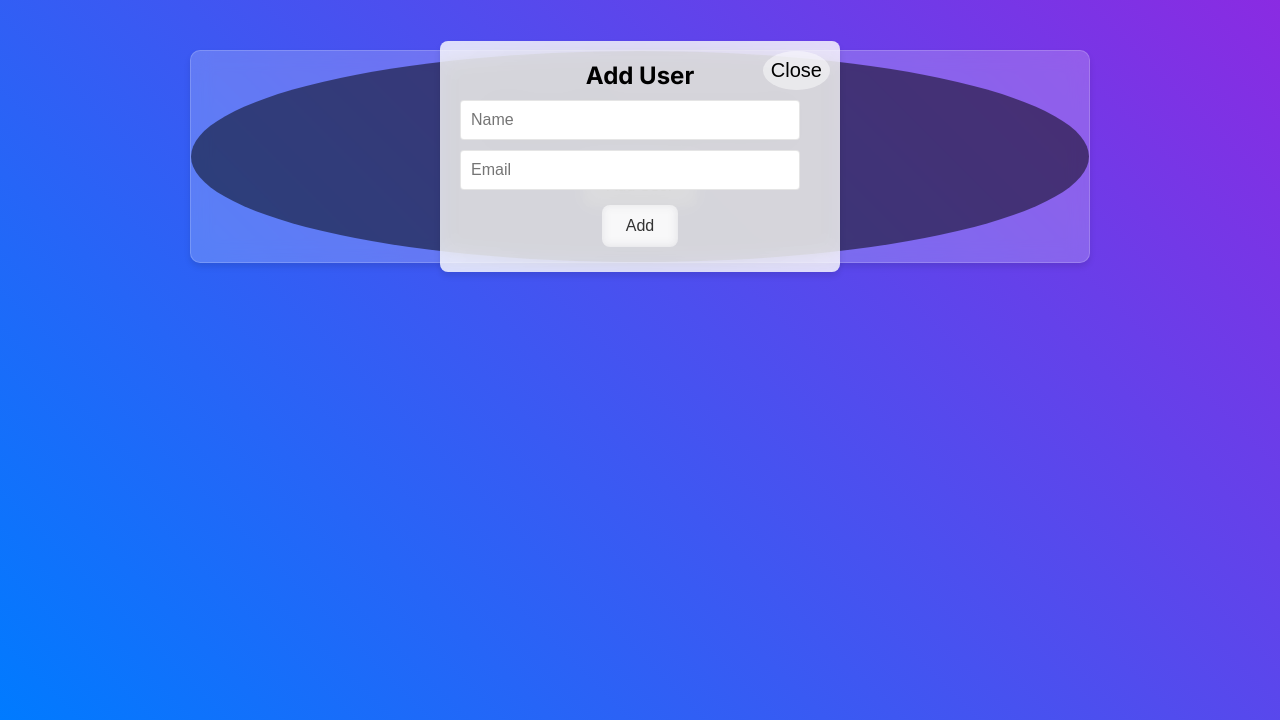
Repository: EeeeeEyyyy/crud-proj
Page: /, after clicking the first element matching `button.glassButton`
An editor plug-in stored every save of this project. The page is shown before and after the next save, followed by the edit.
The browser window is 1280 px wide. The pictures show the whole page.
The page's requests for data from a server got no answer. The project was rebuilt for these pictures with package versions that can differ from the ones it lists, and the page was loaded fresh each time. The framework's server and built-in components were replaced by stand-ins that run in the browser. No one was signed in, and anything a server would have sent is missing. Also part of the build but not shown: next.config.mjs.

Above is the page before, as saved 2024-06-24 15:08:06.

After the next save:
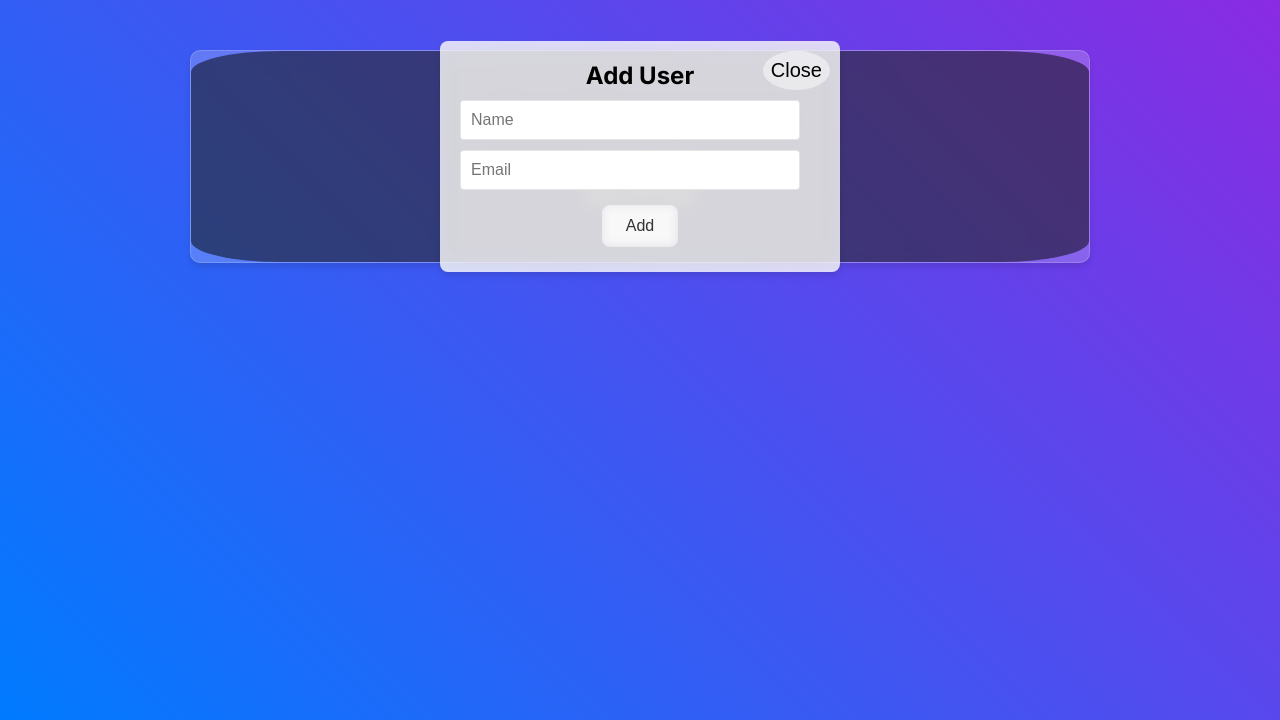
Saved 21 s later.
--- a/src/app/globals.css
+++ b/src/app/globals.css
@@ -340,7 +340,7 @@ h1 { font-size: 2em; margin-bottom: 20px; color: #333; }
 .glassButton:hover { background: rgba(255, 255, 255, 0.3); transform: scale(1.05); }
 .modalOverlay { position: fixed; top: 0; left: 0; right: 0; bottom: 0; background-color: rgba(0, 0, 0, 0.5); display: flex; justify-content: center; align-items: center; z-index: 1000;
 
-border-radius:50%;}
+border-radius:10%;}
 .modal { background: rgba(255, 255, 255, 0.8); padding: 20px; border-radius: 8px; width: 400px; max-width: 90%; box-shadow: 0 4px 6px rgba(0, 0, 0, 0.1); backdrop-filter: blur(10px); position: relative; }
 .closeButton { background: rgba(255, 255, 255, 0.5); padding: 8px; border-radius: 50%; border: none; font-size: 20px; cursor: pointer; position: absolute; top: 10px; right: 10px; transition: background-color 0.3s ease; }
 .closeButton:hover { background: rgba(255, 255, 255, 0.8); }
